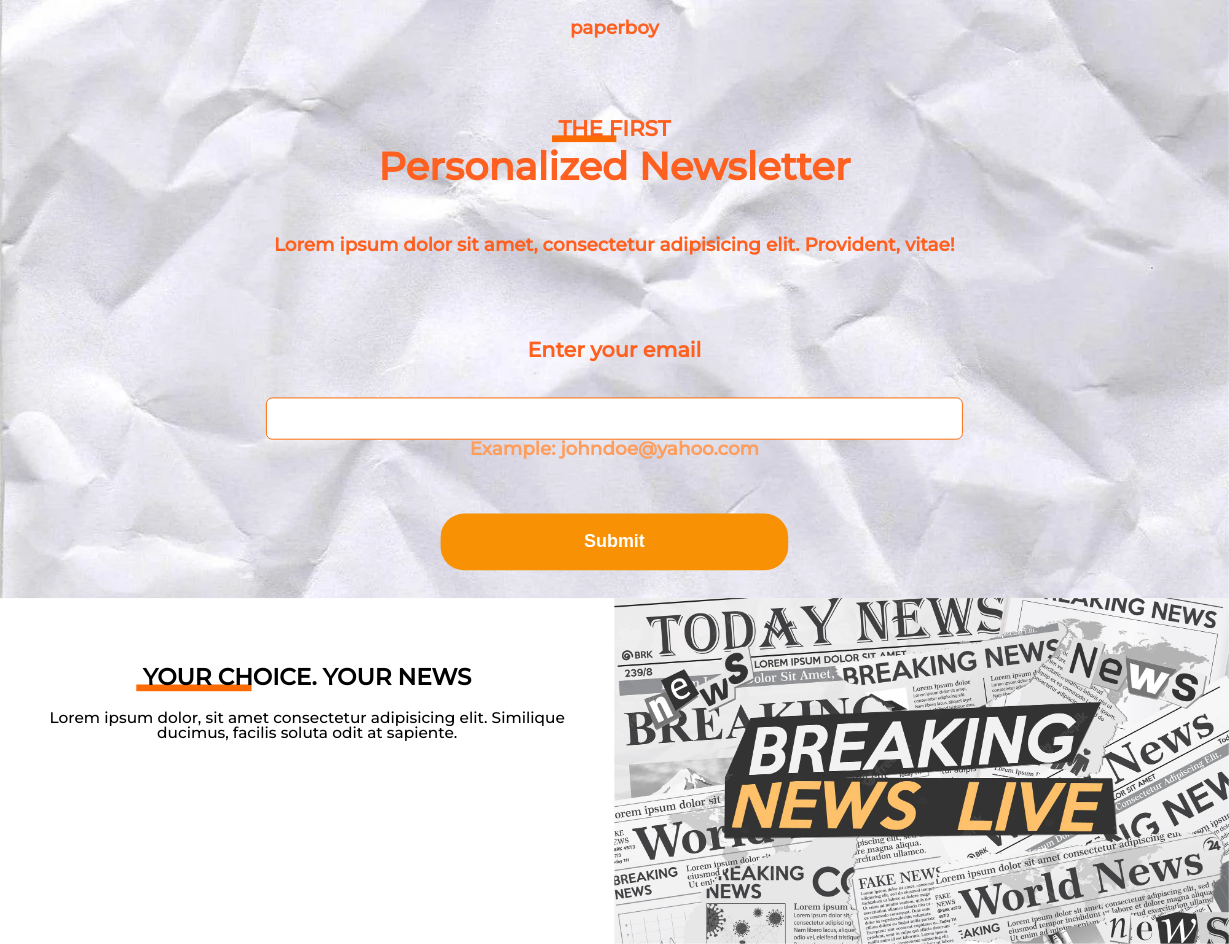
Repository: Gionnn/proiecte
Page: index.html
The author's editor kept a copy of each file at every save. The page is drawn from the files as they stood at one save, then again after the next save.
The browser window is 1280 px wide. The pictures show the whole page, at 96% of full size.

Above is the page before, as saved 2022-11-28 14:37:41.

After the next save:
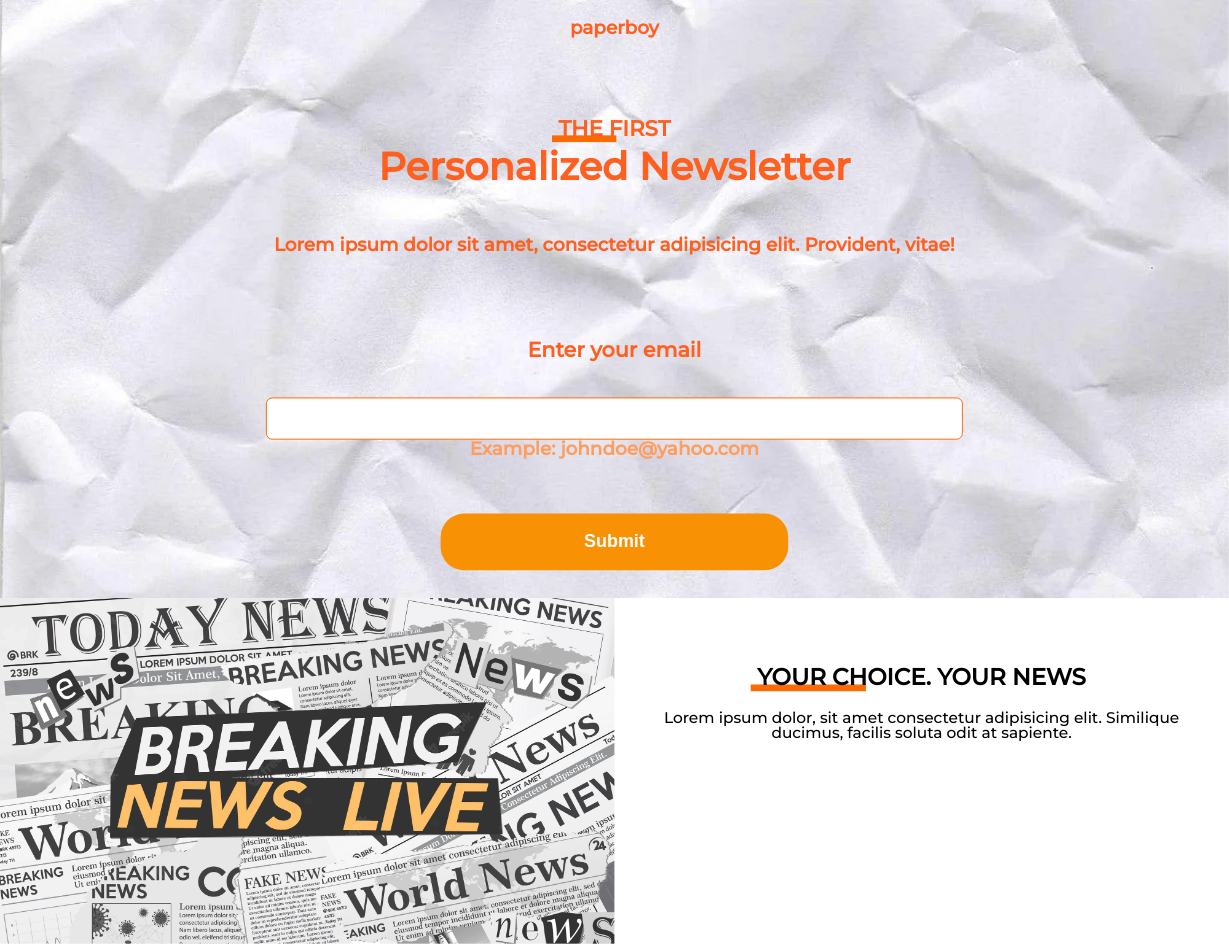
Saved 41 s later.
--- a/css/main.css
+++ b/css/main.css
@@ -142,4 +142,10 @@ p {
     grid-template-columns: repeat(2, 50%);
     grid-template-areas: "paper content";
   }
+  .right-col {
+    grid-area: content;
+  }
+  img {
+    grid-area: paper;
+  }
 }
